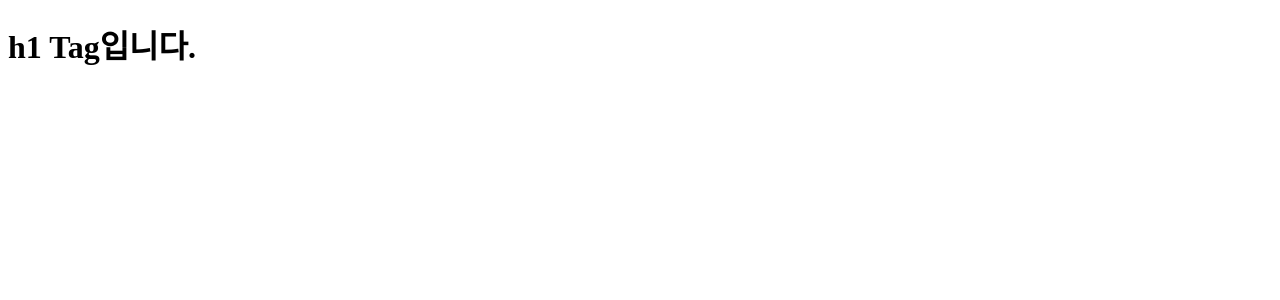
Repository: tjdwlsaos22/TJ_JSP
Page: jsp/HTML/src/main/webapp/Lec02.html
These files come from the project's save history. The page is drawn as it stood at one moment and after the next save; the edit follows.
The browser window is 1280 px wide. The pictures show the whole page.

Above is the page before, as saved 2024-01-17 02:13:14.

After the next save:
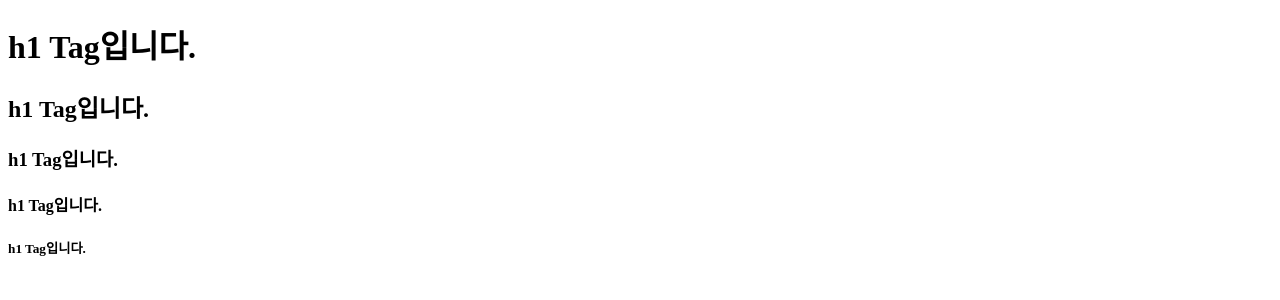
Saved 35 s later.
--- a/jsp/HTML/src/main/webapp/Lec02.html
+++ b/jsp/HTML/src/main/webapp/Lec02.html
@@ -6,6 +6,9 @@
 	</head>
 	<body>
 		<h1>h1 Tag입니다.</h1>
-
+		<h2>h1 Tag입니다.</h2>
+		<h3>h1 Tag입니다.</h3>
+		<h4>h1 Tag입니다.</h4>
+		<h5>h1 Tag입니다.</h5>
 	</body>
 </html>
